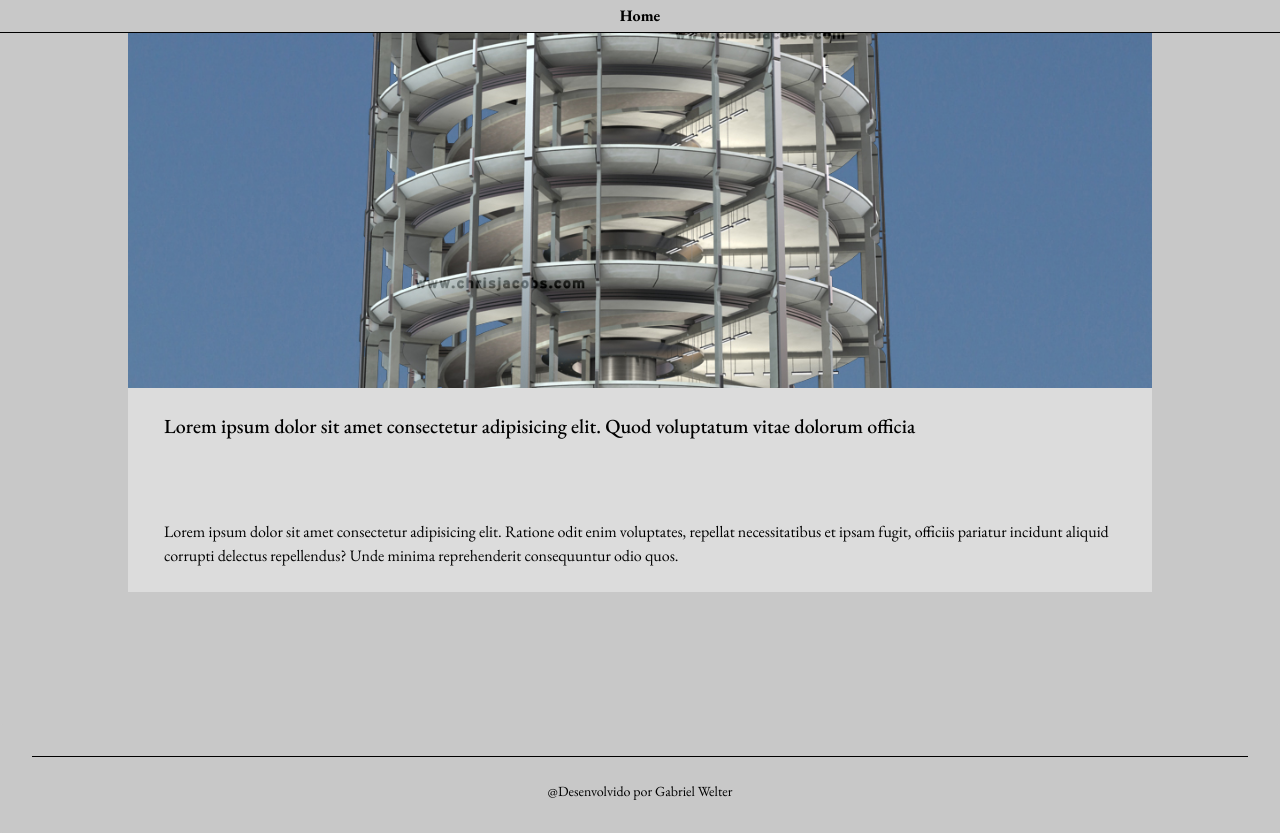
Repository: weltergab/Your-News-2-prismic-cms
Page: /noticiafull
These files come from the project's save history. The page is drawn as it stood at one moment and after the next save; the edit follows.
The browser window is 1280 px wide. The pictures show the whole page.
The project was rebuilt for these pictures with package versions that can differ from the ones it lists, and the page was loaded fresh each time. The framework's server and built-in components were replaced by stand-ins that run in the browser. Also part of the build but not shown: next.config.js.

Above is the page before, as saved 2023-05-01 22:09:29.

### src/pages/_document.tsx
import { Footer } from '@/components/Footer'
import { Navegacao } from '@/components/Navegacao'
import { Html, Head, Main, NextScript } from 'next/document'

export default function Document() {
  return (
    <Html lang="en">
      <Head>
        <link
          href="https://fonts.googleapis.com/css2?family=Roboto:wght@400;500&display=swap"
          rel="stylesheet"
        />
        <link rel="preconnect" href="https://fonts.googleapis.com" />
        <link rel="preconnect" href="https://fonts.gstatic.com" />
        <link href="https://fonts.googleapis.com/css2?family=EB+Garamond:ital,wght@0,400;0,500;0,600;0,700;0,800;1,400;1,500;1,600;1,700;1,800&family=Montserrat:ital,wght@0,300;0,400;0,500;0,600;0,700;0,800;0,900;1,300;1,400;1,500;1,600;1,700;1,800;1,900&display=swap" rel="stylesheet" />
      </Head>
      <body>
        <Navegacao />

        <Main />
        <NextScript />

        <Footer />
      </body>
    </Html>
  )
}

### src/pages/noticiafull/index.tsx
import Image from "next/image";

function NoticiaFull() {

  return (
    <div className='bg-color-bg bg-center bg-cover bg-no-repeat mt-1 min-h-screen items-center flex flex-col'>

      <div className="bg-color-bg2 items-center flex flex-col w-full max-w-5xl">
        <div className="h-96 w-full border-color-bg2 bg-green-300 relative overflow-hidden">
          <Image
            src="/vert.jpg"
            alt="Minha imagem"
            fill
            style={{ objectFit: 'cover' }} // object-fit: "contain"
          />
        </div>
        <div className="h-auto py-6 mx-3 px-6 flex flex-col relative">
          <h1 className="font-medium pb-20 text-xl">Lorem ipsum dolor sit amet consectetur adipisicing elit. Quod voluptatum vitae dolorum officia</h1>
          <p>Lorem ipsum dolor sit amet consectetur adipisicing elit. Ratione odit enim voluptates, repellat necessitatibus et ipsam fugit, officiis pariatur incidunt aliquid corrupti delectus repellendus? Unde minima reprehenderit consequuntur odio quos.</p>
        </div>
      </div>

    </div>
  )
}

export default NoticiaFull;

### src/styles/globals.css
@tailwind base;
@tailwind components;
@tailwind utilities;

h1 {
    @apply text-2xl text-color-title;
}

body {
    @apply bg-color-bg text-color-text2;
    -webkit-font-smoothing: antialiased;
  }

  /*

  a {
    color: #0070f3;
    text-decoration: none;
    font-weight: bold;
  }

  a:hover {
    font-style: italic;
  }


.btn {
    @apply text-base font-medium rounded-lg p-3;
}
.btn--primary {
    @apply bg-sky-500 text-white;
}
.btn--secondary {
    @apply bg-slate-100 text-slate-900;
}


Caixa de Texto 1
color: #f8fafc;
    background-color: var(--tw-prose-pre-bg);
    overflow-x: auto;
    font-weight: 400;
    font-size: .875em;
    line-height: 1.7142857;
    margin-top: 1.4285714285714286em;
    margin-bottom: 2.2857142857142856em;
    border-radius: 0.75rem;
    padding: 1.25rem;
    box-shadow: 0 4px 6px -1px #0000001a, 0 2px 4px -2px #0000001a;
    display: flex;
*/

### src/components/Footer/index.tsx
export function Footer() {
  return (
    <div className="bg-color-footer text-color-text p-8 rounded">
      <div className="border-t border-black pb-6"></div>
      <div className="text-center text-sm">
        @Desenvolvido por Gabriel Welter
      </div>
    </div>
  );
}

### src/components/Navegacao/index.tsx
import Link from "next/link";

export function Navegacao() {
  return (
    <div className="bg-color-footer w-full text-color-text p-1 mb-40 top-0 fixed z-10 border-b border-black">
      <div className="text-center">
        <Link href="/">
          <h2 className="font-bold">Home</h2>
        </Link>
      </div>
    </div>
  );
}

### tailwind.config.js
/** @type {import('tailwindcss').Config} */
module.exports = {
  content: [
    './src/pages/**/*.{js,ts,jsx,tsx,mdx}',
    './src/components/**/*.{js,ts,jsx,tsx,mdx}',
    './src/app/**/*.{js,ts,jsx,tsx,mdx}',

    // Or if using `src` directory:
    "./src/**/*.{js,ts,jsx,tsx,mdx}",
  ],
  theme: {
    extend: {
      backgroundImage: {
        blur: 'url(/assets/blur-background.png)'
      },
      fontFamily: {
        sans: 'EB Garamond, serif, Montserrat, sans-serif'
      },
      colors: {
        black1: { //
          200: '#848DA0',
          300: '#C4C4C4',
          400: '#444B5B',
          500: '#0EE7B7',
          600: '#7AC7E3',
        },
        green: {
          300: '#00B37E',
          500: '#00875F',
          700: '#015F43',
        },
        blue: {
          500: '#81D8F7',
          700: '#1B2138',
          900: '#11172B',//
        },
        orange: {
          500: '#FBA94C',
        },
        red: {
          500: '#F75A68',
        },
        gray: {
          100: '#E1E1E6',
          200: '#C4C4CC',
          300: '#8D8D99',
          400: '#f8fafc', //
          500: '#323238',
          600: '#29292E',
          700: '#121214',
          900: '#09090A',
        },
        test: {
          100: '#1A1E23',
          200: '#4A90E2',
          300: '#F2F2F2',
          400: '#222222',
          500: '#68CC7A',
          600: '#FF5B5B',
        },
        fav: {
          100: '#242D34', //desfocado twitter blue
          300: '#15202B', //twitter blue
          200: '#282A36', //vscode
          400: '#11172B', //meu portifolio
        },
        color1: {
          'btn': '#0E2A47', // botões principais, textos de destaque e links que precisam se destacar
          'btn2': '#485B39', // botões secundários, elementos de navegação e detalhes que precisam se destacar sem serem tão intensos
          'bg': '#D8D8D8', // bg
          'bg2': '#11172B', // fundos dos elementos de conteúdo
          'del': '#7A1E1E', // botões de ação destrutiva
          'title': '#3B0D35', // cabeçalhos de seções importantes e títulos de página
          'confirm': '#FFA400', // botões de ação positiva
          'text': '#FFFFFF', // texto principal e o fundo de elementos de destaque
          'text2': '#000000',
          'div': '#A8A8A8', // bordas e elementos de divisão
          'footer': '#000000', // footer e nav
        },
        color: {
          'btn': '#0E2A47',
          'btn2': '#485B39',
          'bg': '#C8C8C8', //#C8C8C8
          'bg2': '#DCDCDC', //#DCDCDC
          'del': '#7A1E1E',
          'title': '#000000',
          'confirm': '#FFA400',
          'text': '#000000',
          'text2': '#000000',
          'div': '#A8A8A8', //#A8A8A8
          'footer': '#C8C8C8',
        }
      },
    },
  },
  plugins: [],
}

Loaded but not shown: src/pages/_app.tsx (common file)

After the next save:
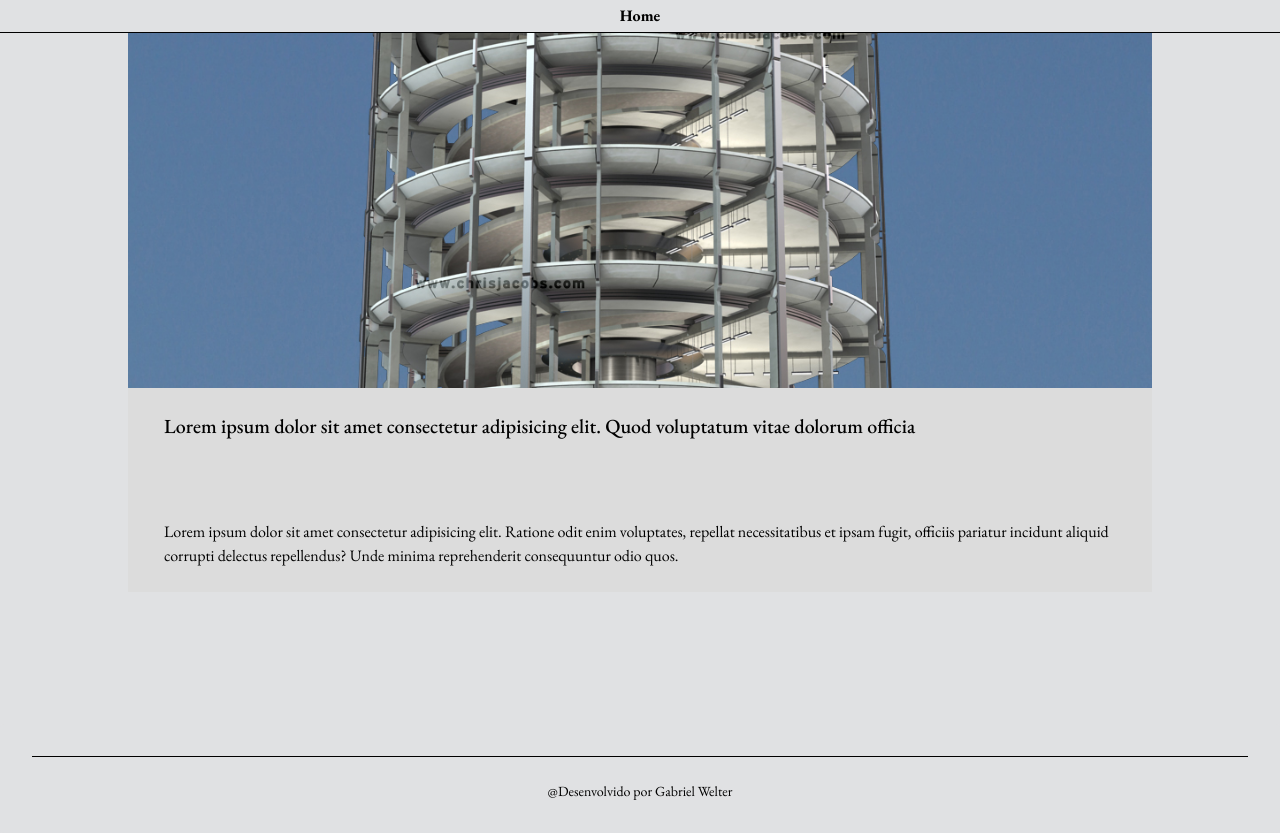
Saved 17 s later.
--- a/tailwind.config.js
+++ b/tailwind.config.js
@@ -80,7 +80,7 @@
         color: {
           'btn': '#0E2A47',
           'btn2': '#485B39',
-          'bg': '#C8C8C8', //#C8C8C8
+          'bg': '#E0E1E3', //#C8C8C8
           'bg2': '#DCDCDC', //#DCDCDC
           'del': '#7A1E1E',
           'title': '#000000',
@@ -88,7 +88,7 @@
           'text': '#000000',
           'text2': '#000000',
           'div': '#A8A8A8', //#A8A8A8
-          'footer': '#C8C8C8',
+          'footer': '#E0E1E3',
         }
       },
     },
